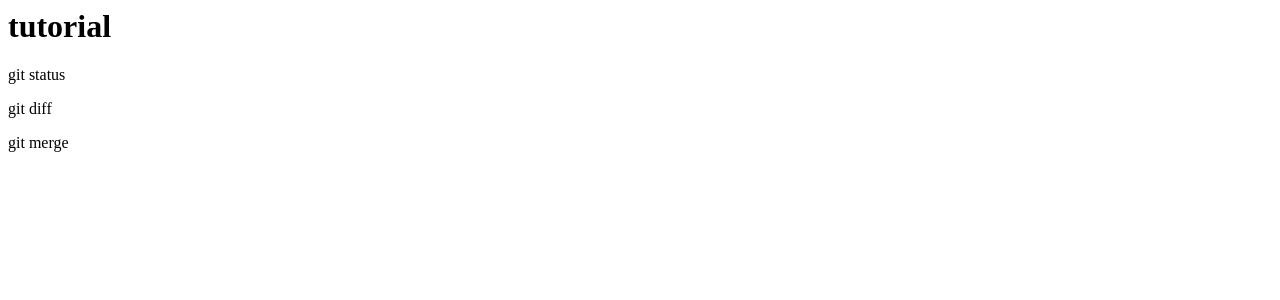
Repository: ponponnsan/pasonaAI
Page: index.html
These files come from the project's save history. The page is drawn as it stood at one moment and after the next save; the edit follows.
The browser window is 1280 px wide. The pictures show the whole page.

Above is the page before, as saved 2020-10-28 17:29:41.

### index.html
<h1>tutorial</h1>
<p>git status</p>
<p>git diff</p>
<p>git merge</p>

After the next save:
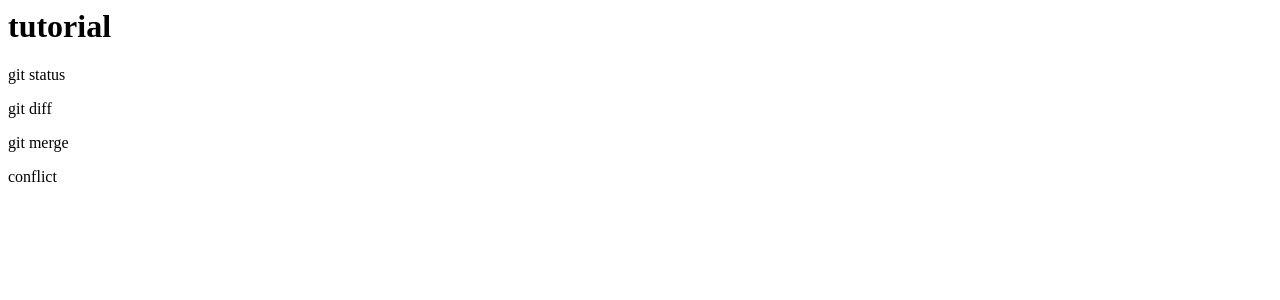
Saved 8 min 20 s later.
--- a/index.html
+++ b/index.html
@@ -2,3 +2,4 @@
 <p>git status</p>
 <p>git diff</p>
 <p>git merge</p>
+<p>conflict</p>
